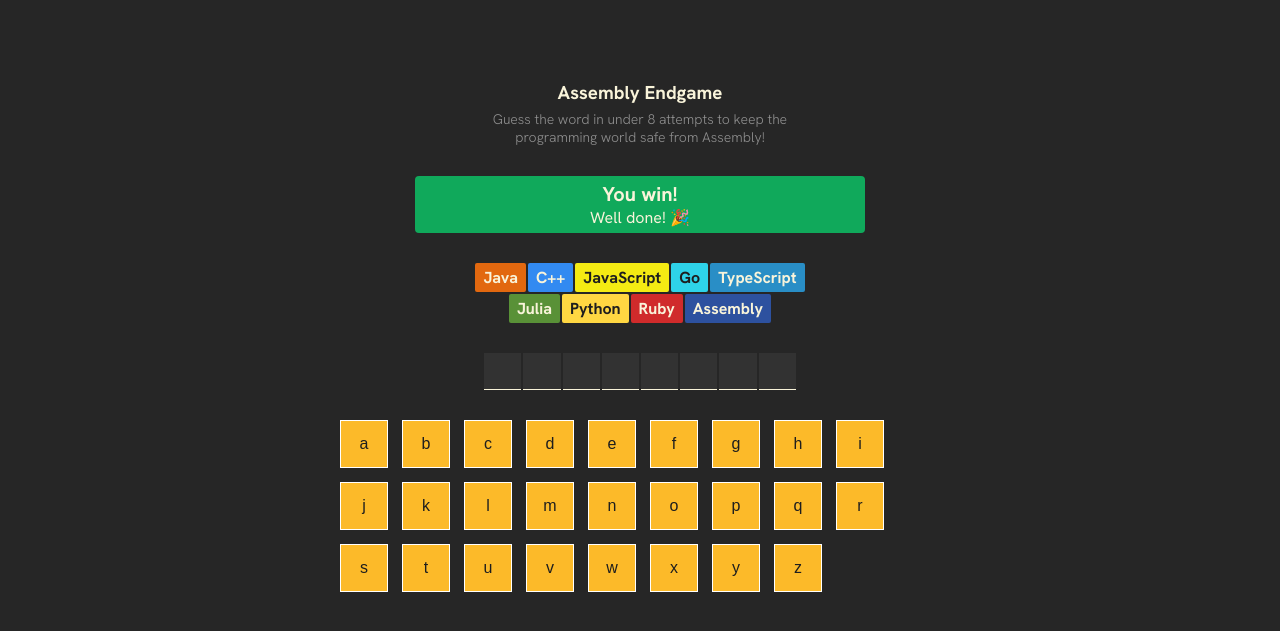
Repository: AchrafAzzaoui/AssemblyEndgame
Page: / (app in assembly-endgame/)
An editor plug-in stored every save of this project. The page is shown before and after the next save, followed by the edit.
The browser window is 1280 px wide. The pictures show the whole page.
The project was rebuilt for these pictures with package versions that can differ from the ones it lists, and the page was loaded fresh each time. Also part of the build but not shown: assembly-endgame/vite.config.js.

Above is the page before, as saved 2024-12-25 15:32:53.

### assembly-endgame/index.html
<!DOCTYPE html>
<html lang="en">
  <head>
    <meta charset="UTF-8" />
    <link rel="icon" type="image/svg+xml" href="/vite.svg" />
    <meta name="viewport" content="width=device-width, initial-scale=1.0" />
    <link
      href="https://fonts.googleapis.com/css2?family=Hanken+Grotesk:wght@300;400;500;600;700&display=swap"
      rel="stylesheet"
    />
    <title>Assembly Endgame</title>
  </head>
  <body>
    <div id="root"></div>
    <script type="module" src="/src/main.jsx"></script>
  </body>
</html>

### assembly-endgame/src/index.css
* {
  margin: 0;
  padding: 0;
  box-sizing: border-box;
}
body {
  font-family: "Hanken Grotesk", sans-serif;
  background-color: #262626;
  color: #d9d9d9;
  padding: 80px 40px;
  height: 100vh;
  display: flex;
  justify-content: center;
}

header {
  text-align: center;
}

.game-title {
  color: #f9f4da;
}
.game-description {
  margin-top: 5px;
  font-weight: 300;
  color: #8e8e8e;
  font-size: 0.875rem;
  max-width: 350px;
}
.game-description,
.game-title {
  text-align: center;
}

/* status */
.game-status {
  width: 100%;
  max-width: 450px;
  background-color: #10a95b;
  color: #f9f4da;
  display: flex;
  flex-direction: column;
  justify-content: space-evenly;
  align-items: center;
  padding: 5px 20px;
  margin: 20px 0;
  border-radius: 4px;
  margin-block: 30px;
}

.game-status h2 {
  font-size: 1.25rem;
  /* margin: 5px; */
}

/* language tags */
.language-tags-container {
  display: flex;
  justify-content: center;
  flex-wrap: wrap;
  gap: 2px;
  max-width: 350px;
}

.language-tag {
  padding: 0.25rem 0.5rem;
  border-radius: 2px;
}

main {
  width: 100%;
  max-width: 600px;
  display: flex;
  flex-direction: column;
  align-items: center;
}

/* letter tiles and word container*/

.word-display {
  width: 100%;
  max-width: 350px;
  display: flex;
  gap: 2px;
  justify-content: center;
  align-items: center;
  margin-top: 30px;
}

.letter-tile {
  background-color: #323232;
  color: #fff;
  padding: 0rem 1rem;
  border-bottom: 1px solid #f9f4da;
  min-width: 2rem;
  text-align: center;
  font-size: 1.25rem;
  aspect-ratio: 1/1;
}

/* keyboard and letter buttons */
.keyboard {
  display: flex;
  flex-wrap: wrap;

  gap: 14px;
  margin-top: 30px;
}

.letter-button {
  background-color: #fcba29;
  color: #1e1e1e;
  padding: 0rem;
  border: 0.5px solid white;
  min-width: 3rem;
  text-align: center;
  font-size: 1rem;
  aspect-ratio: 1/1;
}

### assembly-endgame/src/App.jsx
import { useState } from "react";
import Status from "./components/Status.jsx";
import LanguageTags from "./components/LanguageTags.jsx";
import WordDisplay from "./components/WordDisplay.jsx";
import Keyboard from "./components/Keyboard.jsx";

export default function App() {
  const [currentWord, setCurrentWord] = useState("");

  return (
    <main>
      <header>
        <h3 className="game-title">Assembly Endgame</h3>
        <p className="game-description">
          Guess the word in under 8 attempts to keep the programming world safe
          from Assembly!
        </p>
      </header>
      <Status />
      <LanguageTags />
      <WordDisplay currentWord={currentWord} correctWord={"REFACTOR"} />
      <Keyboard />
    </main>
  );
}

### assembly-endgame/src/components/Status.jsx
import { useState } from "react";

export default function Status() {
  return (
    <div className="game-status">
      <h2>You win!</h2>
      <p>Well done! 🎉</p>
    </div>
  );
}

### assembly-endgame/src/components/LanguageTags.jsx
import { useState } from "react";
import { languages } from "../data/languages.js";

export default function LanguageTags() {
  const languageTags = languages.map((language) => {
    const { name, backgroundColor, color } = language;
    return (
      <div
        className="language-tag"
        style={{ backgroundColor: backgroundColor, color: color }}
      >
        <h4>{name}</h4>
      </div>
    );
  });
  return <div className="language-tags-container">{languageTags}</div>;
}

### assembly-endgame/src/components/WordDisplay.jsx
import { useState } from "react";

export default function WordDisplay({ currentWord, correctWord }) {
  const currWordLetters = currentWord
    .split("")
    .map((letter) => letter.toUpperCase());
  const correctWordLetters = correctWord
    .split("")
    .map((letter) => letter.toUpperCase());

  const letterTiles = correctWordLetters.map((letter, index) => {
    return (
      <span className="letter-tile" key={index}>
        {currWordLetters[index] || "\u00A0"}
      </span>
    );
  });
  return <div className="word-display">{letterTiles}</div>;
}

### assembly-endgame/src/components/Keyboard.jsx
export default function Keyboard() {
  const letters = "abcdefghijklmnopqrstuvwxyz".split("");
  const letterButtons = letters.map((letter) => {
    return (
      <button key={letter} className="letter-button">
        {letter}
      </button>
    );
  });
  return <div className="keyboard">{letterButtons}</div>;
}

### assembly-endgame/src/data/languages.js
export const languages = [
  {
    name: "Java",
    backgroundColor: "#E2680F",
    color: "#F9F4DA",
  },
  {
    name: "C++",
    backgroundColor: "#328AF1",
    color: "#F9F4DA",
  },
  {
    name: "JavaScript",
    backgroundColor: "#F4EB13",
    color: "#1E1E1E",
  },
  {
    name: "Go",
    backgroundColor: "#2ED3E9",
    color: "#1E1E1E",
  },
  {
    name: "TypeScript",
    backgroundColor: "#298EC6",
    color: "#F9F4DA",
  },
  {
    name: "Julia",
    backgroundColor: "#599137",
    color: "#F9F4DA",
  },
  {
    name: "Python",
    backgroundColor: "#FFD742",
    color: "#1E1E1E",
  },
  {
    name: "Ruby",
    backgroundColor: "#D02B2B",
    color: "#F9F4DA",
  },
  {
    name: "Assembly",
    backgroundColor: "#2D519F",
    color: "#F9F4DA",
  },
];

Loaded but not shown: assembly-endgame/src/main.jsx (common file)

After the next save:
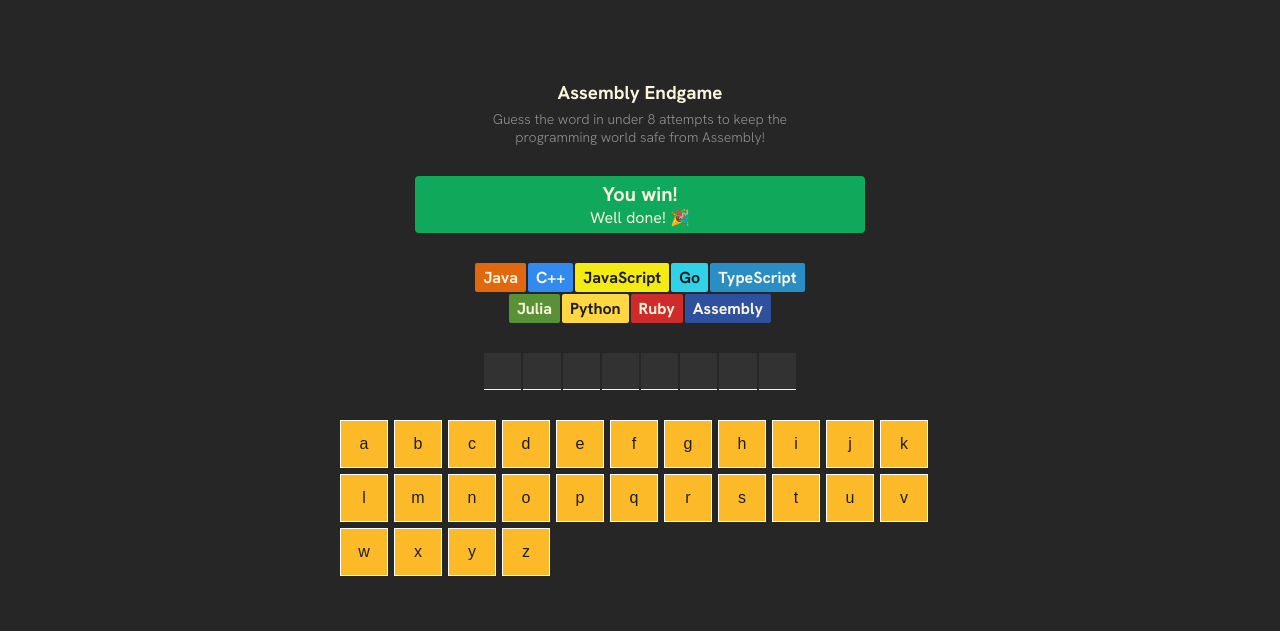
Saved 22 s later.
--- a/assembly-endgame/src/index.css
+++ b/assembly-endgame/src/index.css
@@ -103,7 +103,7 @@
   display: flex;
   flex-wrap: wrap;
 
-  gap: 14px;
+  gap: 6px;
   margin-top: 30px;
 }
 
